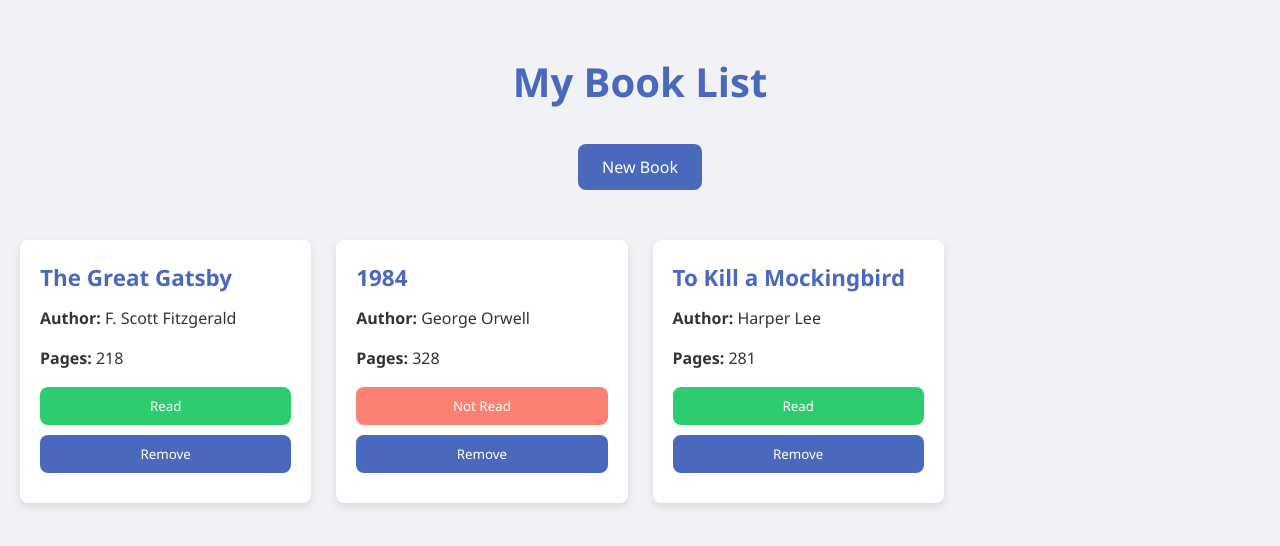
Repository: gkintu/odin-book-library
Page: index.html
These files come from the project's save history. The page is drawn as it stood at one moment and after the next save; the edit follows.
The browser window is 1280 px wide. The pictures show the whole page.

Above is the page before, as saved 2025-03-11 15:27:47.

### index.html
<!DOCTYPE html>
<html lang="en">
<head>
    <meta charset="UTF-8">
    <meta name="viewport" content="width=device-width, initial-scale=1.0">
    <link rel="stylesheet" href="style.css">
    <title>Book Library App</title>
</head>
<body>
    <h1>My Book List</h1>
    <button id="new-book-btn" class="btn">New Book</button>

    <!-- Display container for books -->
    <div id="library"></div>

    <!-- Modal form for user to add a new book-->
     <div id="modal-book-container">
        <form id="book-form">
            <h2>Add a New Book</h2>
            <label for="title">Title:</label>
            <input type="text" id="title" name="title" required>

            <label for="author">Author</label>
            <input type="text" id="author" name="author" required>

            <label for="pages">Pages</label>
            <input type="number" id="pages" name="pages" required>

            <label>
                <input type="checkbox" id="read" name="read" />
                Read
              </label>

            <button type="submit" class="btn">Submit</button>
            <button type="button" id="cancel-btn" class="btn">Cancel</button>
        </form>
     </div>

     <script src="script.js"></script>
</body>

</html>

### style.css
:root {
    --primary-color: #4a69bd;
    --secondary-color: #3d5a8c;
    --text-color: #333;
    --light-color: #f5f6fa;
    --shadow: 0 4px 8px rgba(0, 0, 0, 0.1);

    --border-radius: 8px;
    --transition: all 0.2s ease;
}

* {
    margin: 0;
    padding: 0;
    box-sizing: border-box;
    font-family: 'Segoe UI', Tahoma, Geneva, Verdana, sans-serif;
}

body {
    background-color: #f0f2f5;
    color: var(--text-color);
    line-height: 1.6;
    padding: 20px;
    margin: 0 auto;
}

h1 {
    text-align: center;
    margin: 30px 0;
    color: var(--primary-color);
    font-size: 2.5rem;
}

.btn {
    background-color: var(--primary-color);
    color: #fff;
    border:none;
    padding: 10px 15px;
    border-radius: var(--border-radius);
    cursor: pointer;
    transition: var(--transition);
}

.btn:hover {
    background-color: var(--secondary-color);
    transform: translateY(-1px);
}

#new-book-btn {
    display: block;
    margin: 0 auto 50px;
    font-size: 1rem;
    padding: 12px 24px;
}

#library {
    display:grid;
    grid-template-columns: repeat(auto-fill, minmax(250px, 1fr));
    gap: 25px;
}

.book-card {
    background-color: #fff;
    border-radius: var(--border-radius);
    padding: 20px;
    box-shadow: var(--shadow);
    display: flex;
    flex-direction: column;
    transition: var(--transition);
}

.toggle-btn.read {
    background-color: #2ecc71;
  }

  .toggle-btn.read:hover {
    background-color: #27ae60;
  }

  .toggle-btn {
    background-color: #fa8072
  }

  .toggle-btn:hover {
    background-color: #ec8181
  }


.book-card:hover {

  transform: translateY(-0.5px);
    box-shadow: 0 8px 16px rgba(0, 0, 0, 0.15);
}

.book-card h3 {
    color: var(--primary-color);
    margin-bottom: 10px;
    font-size: 1.4rem;
}

.book-card p {
    margin-bottom: 15px;
}

.book-card .btn {
    margin-bottom: 10px;
}

.remove-btn {

}

.remove-btn:hover {
    background-color: #ec8181;
}

#modal-book-container {
    position:fixed;
    top: 0;
    left: 0;
    width: 100vw;
    height: 100vh;
    background-color: rgba(0, 0, 0, 0.5);
    display: none;
    justify-content: center;
    align-items: center;
    z-index: 1000;
}

#book-form {
    background-color: #fff;
    padding: 30px;
    border-radius: var(--border-radius);
    width: 90%;
    max-width: 500px;
    box-shadow: var(--shadow);
}

#book-form h2 {
    margin-bottom: 20px;
    color:var(--primary-color);
    text-align: center;
}

#book-form label {
    display: block;
    margin-bottom: 5px;
   font-weight: 600;
}

#book-form input[type="text"],
#book-form input[type="number"] {
    width: 100%;
    padding: 10px;
    margin-bottom: 20px;
    border: 1px solid #ddd;
    border-radius: var(--border-radius);
    font-size: 1rem;
}

#book-form input[type="checkbox"] {
    margin-right: 10px;
}

#cancel-btn {
    background-color: #7080ac;
}

#cancel-btn:hover {
    background-color: #617099;
}

### script.js
// storing all the added books
const myLibrary = [];

// Object Constructor for the books

function Book(title, author, pages, read) {
  this.id = crypto.randomUUID();
  this.title = title;
  this.author = author;
  this.pages = pages;
  this.read = read;
}

// update myLibrary array and display the library cards
function addBookToLibrary(title, author, pages, read) {
  const book = new Book(title, author, pages, read);
  myLibrary.push(book);
  displayBook();
}

//function to display the books for the user

function displayBook() {
  const libraryDiv = document.getElementById("library");
  libraryDiv.innerHTML = ""; //Clear container for each update

  myLibrary.forEach((book) => {
    const card = document.createElement("div");
    card.classList.add("book-card");
    card.dataset.id = book.id;

    //create toggle class to change color of button based on read or not read

    const toggleButtonClass = book.read ? "btn toggle-btn read" :  "btn toggle-btn"

    card.innerHTML = `
    <h3>${book.title}</h3>
    <p><strong>Author:</strong> ${book.author}</p>
    <p><strong>Pages:</strong> ${book.pages}</p>
        <button class="${toggleButtonClass}" data-id="${book.id}"> ${
      book.read ? "Read" : "Not Read"
    }</button>
    <button class="btn remove-btn" data-id="${book.id}">Remove</button>

   `;

    libraryDiv.appendChild(card);
  });
}

//Function to remove book from myLibrary Array based on its book.id
function removeBook(id) {
  const index = myLibrary.findIndex((book) => book.id === id);
  if (index !== -1) {
    myLibrary.splice(index, 1);
  }
}

//Function to toggle Read button from Read to Not Read
function toggleReadStatus(id) {
  const book = myLibrary.find((book) => book.id === id);
  if (book) {
    book.read = !book.read;
    displayBook();
  }
}

// --- Event Listeners ---

// Activate form modal when new book button is clicked
document.getElementById("new-book-btn").addEventListener("click", () => {
  document.getElementById("modal-book-container").style.display = "flex";
});

// Get form submission from user
document.getElementById("book-form").addEventListener("submit", (event) => {
  event.preventDefault();
  const title = document.getElementById("title").value;
  const author = document.getElementById("author").value;
  const pages = document.getElementById("pages").value;
  const read = document.getElementById("read").checked;

  addBookToLibrary(title, author, pages, read);

  //After book card is added, hide and reset the modal
  event.target.reset();
  document.getElementById("modal-book-container").style.display = "none";
});

// Cancel button to hide the modal
document.getElementById("cancel-btn").addEventListener("click", () => {
  document.getElementById("modal-book-container").style.display = "none";
});

//update book card based on remove or toggle button
document.getElementById("library").addEventListener("click", (event) => {
  const id = event.target.dataset.id;

  if (event.target.classList.contains("toggle-btn")) {
    toggleReadStatus(id)
  } else if (event.target.classList.contains("remove-btn")) {
    removeBook(id);
    displayBook();
  }
});

addBookToLibrary('The Great Gatsby', 'F. Scott Fitzgerald', 218, true);
addBookToLibrary('1984', 'George Orwell', 328, false);
addBookToLibrary('To Kill a Mockingbird', 'Harper Lee', 281, true);

After the next save:
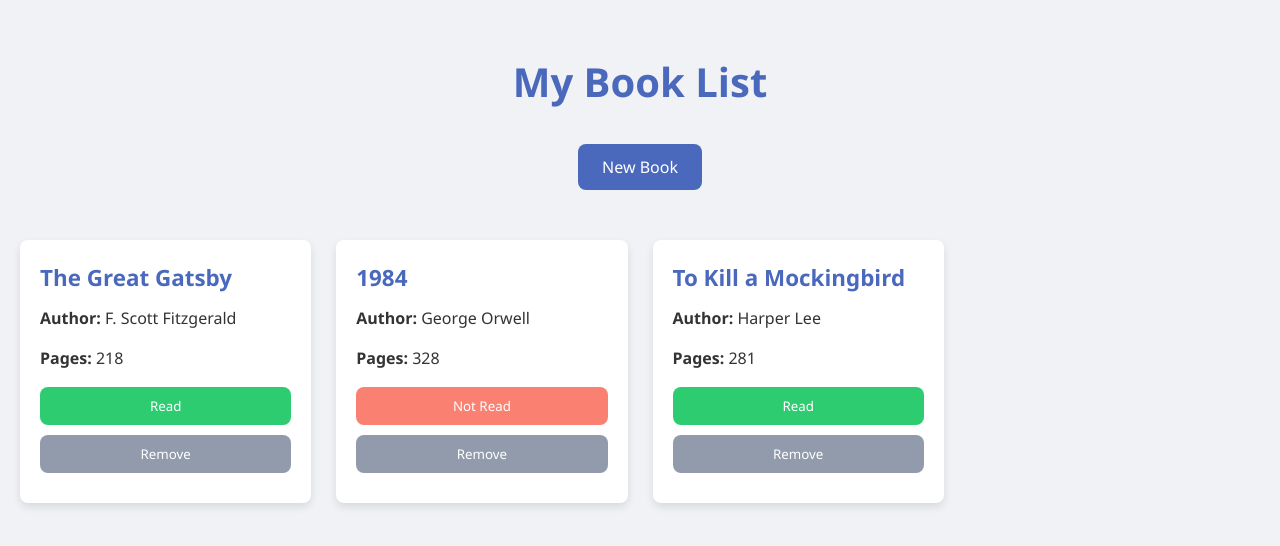
Saved 3 min 11 s later.
--- a/style.css
+++ b/style.css
@@ -107,11 +107,11 @@ h1 {
 }
 
 .remove-btn {
-
+    background-color: #929bac;
 }
 
 .remove-btn:hover {
-    background-color: #ec8181;
+    background-color: #8590a3;
 }
 
 #modal-book-container {
